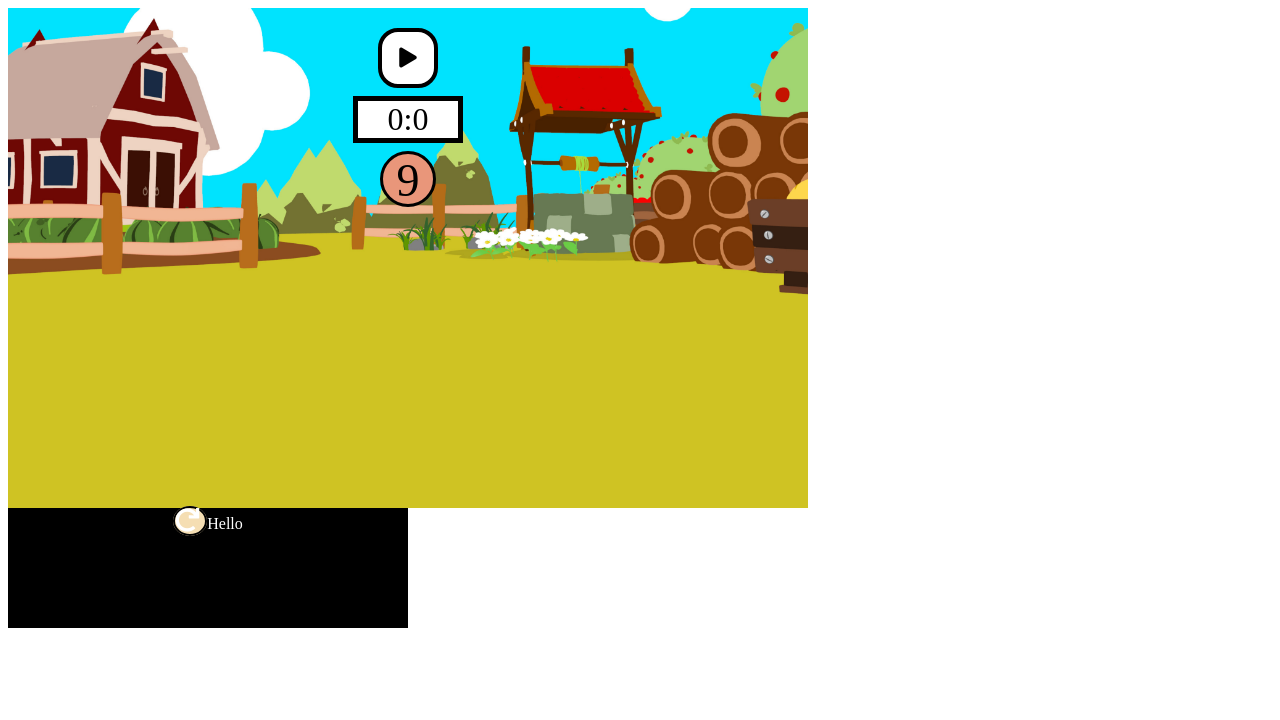
Repository: DevMinwoo-Jung/JavaScript101
Page: WebApIs/carrotClone/index.html
An editor plug-in stored every save of this project. The page is shown before and after the next save, followed by the edit.
The browser window is 1280 px wide. The pictures show the whole page.

Above is the page before, as saved 2021-06-22 14:46:00.

After the next save:
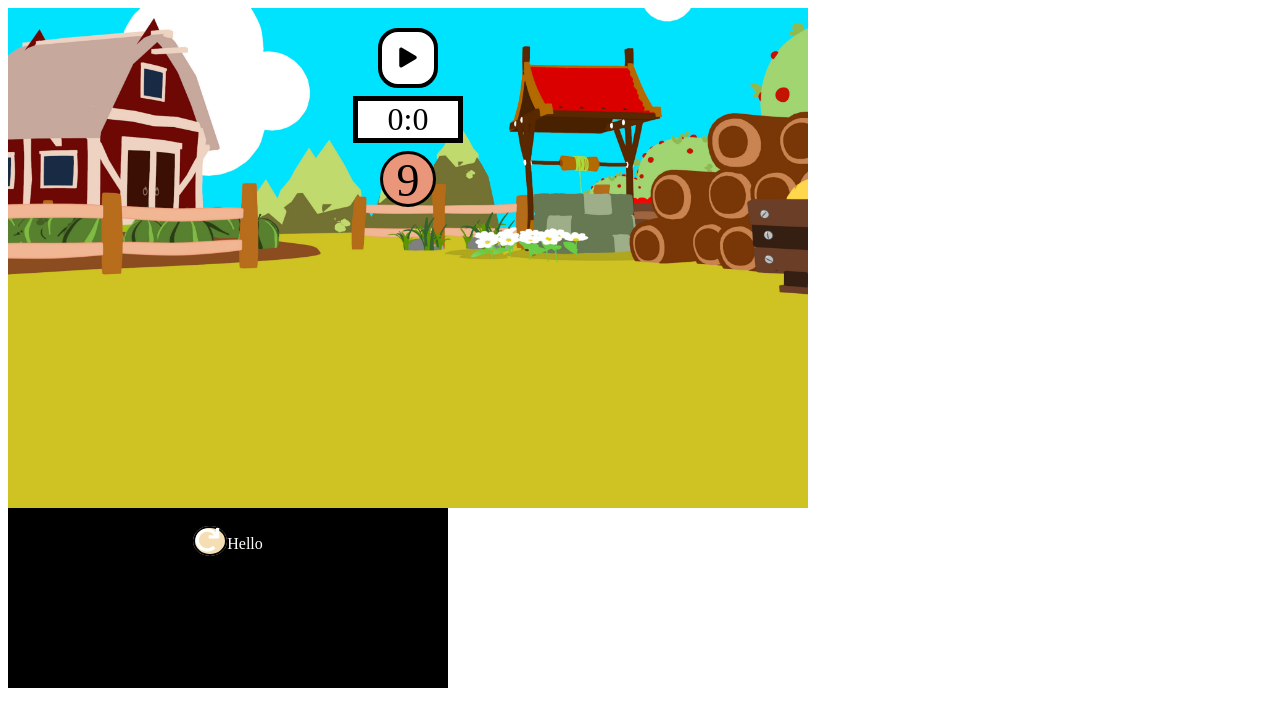
Saved 20 s later.
--- a/WebApIs/carrotClone/style.css
+++ b/WebApIs/carrotClone/style.css
@@ -61,7 +61,8 @@ button {
 
 .pop-up {
   width: 400px;
-  height: 120px;
+  height: 140px;
+  padding: 20px;
   background-color: black;
   color: white;
   text-align: center;
